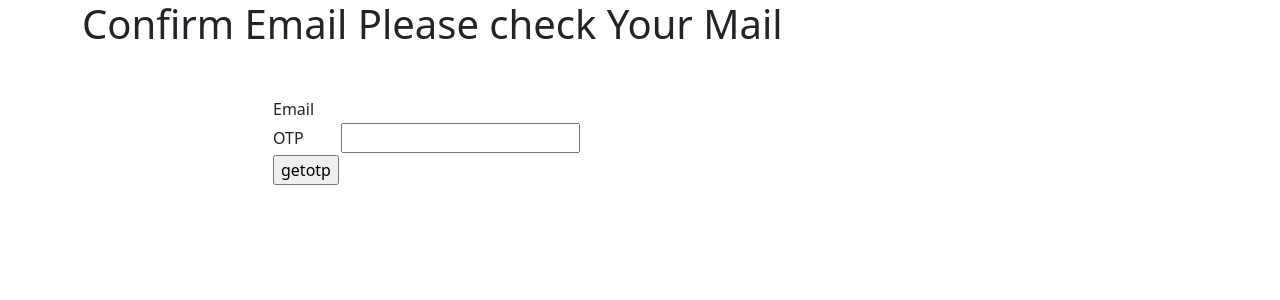
Repository: 2001Yogi/JavaWebAssignment
Page: http://localhost/MessageMVCCrud/verify.jsp
An editor plug-in stored every save of this project. The page is shown before and after a run of saves, followed by the edit.
The browser window is 1280 px wide. The pictures show the whole page.
The page is served by Tomcat 9.

Above is the page before, as saved 2024-09-20 07:19:45.

After the next 2 saves:
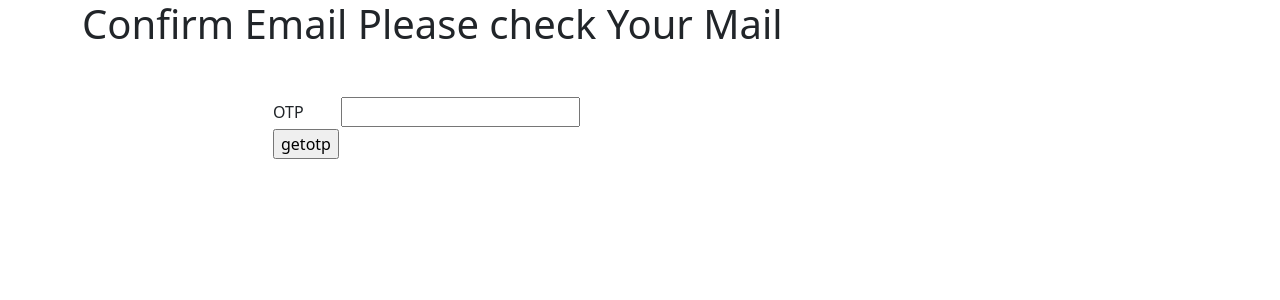
The 2 saves are shown as one change because 1 did not build or start.
The last was saved 12 min 5 s later.
--- a/MessageMVCCrud/src/main/webapp/verify.jsp
+++ b/MessageMVCCrud/src/main/webapp/verify.jsp
@@ -1,7 +1,4 @@
-<%@page import="java.sql.DriverManager"%>
-<%@page import="java.sql.ResultSet"%>
-<%@page import="java.sql.PreparedStatement"%>
-<%@page import="java.sql.Connection"%>
+
 <%@ page language="java" contentType="text/html; charset=ISO-8859-1"
     pageEncoding="ISO-8859-1"%>
 <!DOCTYPE html>
@@ -37,12 +34,8 @@
 				<div class="col-6">
 				<table>
 					<tr class="mb-3">
-						<td>Email</td>
-						<td><input type = "hidden" name ="email" ></td>
-					</tr>
-					<tr class="mb-3">
 						<td>OTP</td>
-						<td><input type = "text" name ="otp"></td>
+						<td><input type = "text" name ="otp" ></td>
 					</tr>
 					<tr class="mb-3">
 						<td><input type = "Submit" name ="action" value ="getotp"></td>
